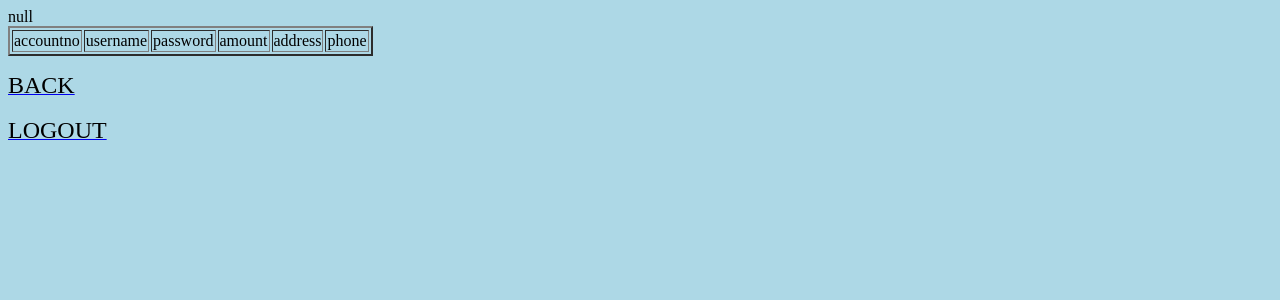
Repository: subhamsourabh265/collegeProjects
Page: http://localhost/OnlineBankingSystems/myupdate.jsp
The author's editor kept a copy of each file at every save. The page is drawn from the files as they stood at one save, then again after the next save.
The browser window is 1280 px wide. The pictures show the whole page.
The page is served by Tomcat 9. Other server files are loaded and not shown. Queries for data that is not in the repository find no rows.

Above is the page before, as saved 2015-11-30 12:04:56.

### OnlineBankingSystems/WebContent/myupdate.jsp
<%@ page import="java.sql.*"%>
<%@include file="connect1.jsp" %>
<%String username="",password="",repassword="",address="";
int accountno ,amount,phone;
Statement pst=null;
%>
<table border="2">
<tr>
<td>accountno</td>
<td>username</td>
<td>password</td>
<td>amount</td>
<td>address</td>
<td>phone</td>
</tr>
<body style="background-color:lightblue ">
<%
try{
pst=conn.createStatement();
String a=request.getParameter("n1");
out.println(a);
ResultSet rs=pst.executeQuery("Select * from account where accountno="+a );
while(rs.next())
{
accountno=rs.getInt(1);
username=rs.getString(2);
password=rs.getString(3);
amount=rs.getInt(5);
address=rs.getString(6);
phone=rs.getInt(7);
%>
<tr><td><%=accountno%></td><br><br>
<td><%=username%></td><br><br>
<td><%=password%></td><br><br>
<td><%=amount%></td><br><br>
<td><%=address%></td><br><br>
<td><%=phone%></td><br><br>
</tr>
<%}%>
</table>
<%
rs.close();
conn.close();
}catch(Exception e){}
%>

 </p>
 <a href = "view1.jsp"><font color = black size = 5>BACK</a></font>
 <br><br>
 <a href = "mylogin.html"><font color = black size = 5>LOGOUT</a></font>

</form>
</html>

### OnlineBankingSystems/WebContent/connect1.jsp
<%@ page language="java" contentType="text/html; charset=ISO-8859-1"
    pageEncoding="ISO-8859-1"%>
<!DOCTYPE html PUBLIC "-//W3C//DTD HTML 4.01 Transitional//EN" "http://www.w3.org/TR/html4/loose.dtd">
<html>
<head>
<body>
<%@ page import="java.sql.*" %>
	<%! Connection conn=null;%>
	<%
	try{
		Class.forName("oracle.jdbc.driver.OracleDriver");
		conn = DriverManager.getConnection("jdbc:oracle:thin:@localhost:1521:XE","system","sourabh");
		System.out.println("driver  found");
	}
	catch(Exception e) {
System.out.println("driver not found");
}
	%>
</body>
</html>

### OnlineBankingSystems/WebContent/style.css
@charset "utf-8";
/* CSS Document */

body{
	margin:0;
	color:#232323;
	background:#191919;
}
div, h1, h2, h3, h4, p, form, label, input, textarea, img, span{
	margin:0; padding:0;
}

ul{
	margin:0;
	padding:0;
	list-style-type:none;
	font-size:0;
	line-height:0;
}


.spacer{
	clear:both;
	font-size:0;
	line-height:0;
}
.more
{
font:normal 11px/18px Arial, Helvetica, sans-serif;
color:#00d09d;
text-decoration:none;
padding-left:230px;
}
.style1{color:#00d09d;}
/*------------------------------------------------body--------------------*/

#top_links
{
margin:0 auto;
padding:0px;
width:900px;
height:40px;
}
#top_linksin
{
padding:10px 0 0 0;
width:310px;
height:18px;
float:right;
}

#top_linksin ul
{
list-style:none;
margin:0 0 0 40px;
}
#top_linksin ul li
{
font:normal 11px/10px Arial, Helvetica, sans-serif;
color:#FFFFFF;
border-right:#7f7f7f 1px solid;
padding:0 15px;
float:left;
}
#top_linksin ul li a
{
text-decoration:none;
display:block;
color:#7f7f7f;
}
#top_linksin ul li a:hover
{
text-decoration:none;
display:block;
color:#FFFFFF;
}

#header
{
margin:0 auto;
background:#000 url(images/globe_03.gif) 0 0 no-repeat;
width:897px;
height:282px;
}
#header h1
{
font:bold 44px/18px Arial, Helvetica, sans-serif;
color:#FFFFFF;
padding:100px 0 0 380px;
}
#header h2
{
font:bold italic 24px/18px Arial, Helvetica, sans-serif;
color:#ababab;
padding:20px 0 0 380px;
}

#navigation
{
margin:0 auto;
width:896px;
height:40px;
background:#000;
border:1px solid #282828;
}
#navigation ul
{
list-style:none;
}
#navigation ul li
{
color:#adadad;
float:left;
text-align:center;
font:bold 15px/40px Arial, Helvetica, sans-serif;
width:127px;
border-right:1px solid #282828;
}
#navigation ul li a
{
text-decoration:none;
display:block;
color:#adadad;
}
#navigation ul li a:hover
{
color:#FFFFFF;
}
#navigation ul li.last
{
border:none;
float:left;
}

#content1
{
width:897px;
margin:0 auto;
background:url(images/globe_05.jpg) 0 0 repeat-y;
}
#content1 h1
{
font:bold italic 22px/79px Arial, Helvetica, sans-serif;
color:#ffffff;
padding-left:30px;
}
#content1 p
{
font:normal 12px/18px Arial, Helvetica, sans-serif;
color:#b2b2b2;
padding:5px 15px 0 15px;
}
.con
{
background:url(images/globe_06.jpg) 0 0 repeat-y;
width:290px;
}
#heade1
{
width:167px;
height:79px;
background:url(images/image_03.gif) 20px 10px no-repeat;
padding-left:90px;
}
#heade2
{
width:167px;
height:79px;
background:url(images/image_04.gif) 20px 10px no-repeat;
padding-left:90px;
}
#heade3
{
width:167px;
height:79px;
background:url(images/image_05.gif) 20px 5px no-repeat;
padding-left:90px;
}
#services
{
width:257px;
padding:10px;
}
#services h1
{
font:bold italic 20px/25px Arial, Helvetica, sans-serif;
color:#333333;
}
#services ul
{
list-style:none;
margin-left:8px;
}
#services ul li
{
font:normal 12px/22px Arial, Helvetica, sans-serif;
color:#FFFFFF;
display:block;
padding:0 0 4px 16px;
background:url(images/bullet.png) left center no-repeat;
}
#services ul li a
{
text-decoration:none;
display:block;
color:#7f7f7f;
}
#services ul li a:hover
{
text-decoration:none;
display:block;
color:#000000;
}
#welcome
{
width:287px;
padding:10px;
}
#welcome h1
{
font:bold italic 20px/25px Arial, Helvetica, sans-serif;
color:#333333;
}
#welcome p
{
font:normal 12px/18px Arial, Helvetica, sans-serif;
color:#7f7f7f;
}
#news
{
width:257px;
padding:10px;
}
#news h1
{
font:bold italic 20px/25px Arial, Helvetica, sans-serif;
color:#333333;
}
.img
{
float:left;
padding-right:10px;
}
#news h2
{
font:bold 12px/18px Arial, Helvetica, sans-serif;
color:#333333;
}
#news p
{
font:normal 12px/18px Arial, Helvetica, sans-serif;
color:#7f7f7f;
}

#footer_navigation
{
width:500px;
height:30px;
margin:0 auto;
}
#footer_navigation ul li
{
width:80px;
font: normal 12px/30px Arial, Helvetica, sans-serif;
color:#7d9942;
float:left;
}
#footer_navigation ul li a
{
text-decoration:none;
color:#7f7f7f;
height:30px;
}
#footer_navigation ul li a:hover
{
text-decoration:none;
color:#ffffff;
height:49px;
}
#footer_copyright
{
color: #7f7f7f;
font: normal 11px/30px Arial, Helvetica, sans-serif;
margin:0 auto;
text-align:center;
}

#footer_design
{
color: #ffffff;
font: normal 11px/25px Arial, Helvetica, sans-serif;
margin:0 auto;
text-align:center;
width:100%;
background:#000000;
}
#footer_design a
{
color: #b6ff06;
text-decoration:none;
}
#footer_design a:hover
{
color: #b6ff06;
text-decoration:underline;
}

After the next save:
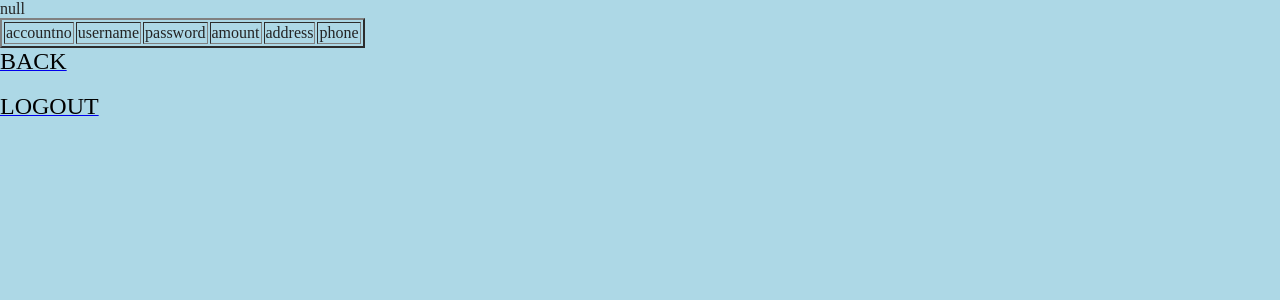
Saved 3 min 31 s later.
--- a/OnlineBankingSystems/WebContent/myupdate.jsp
+++ b/OnlineBankingSystems/WebContent/myupdate.jsp
@@ -4,6 +4,12 @@
 int accountno ,amount,phone;
 Statement pst=null;
 %>
+<html>
+<head>
+<meta http-equiv="Content-Type" content="text/html; charset=ISO-8859-1">
+<title>VIEW ACCOUNT DETAILS</title>
+<link href="style.css" rel="stylesheet" type="text/css">
+</head>
 <table border="2">
 <tr>
 <td>accountno</td>
